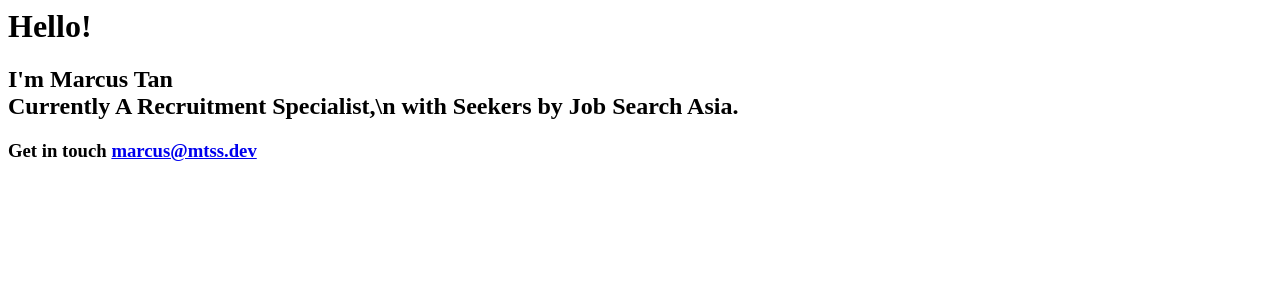
Repository: marcustanx/marcustanx.github.io
Page: _includes/intro.html
These files come from the project's save history. The page is drawn as it stood at one moment and after the next save; the edit follows.
The browser window is 1280 px wide. The pictures show the whole page.

Above is the page before, as saved 2020-07-11 14:49:56.

After the next save:
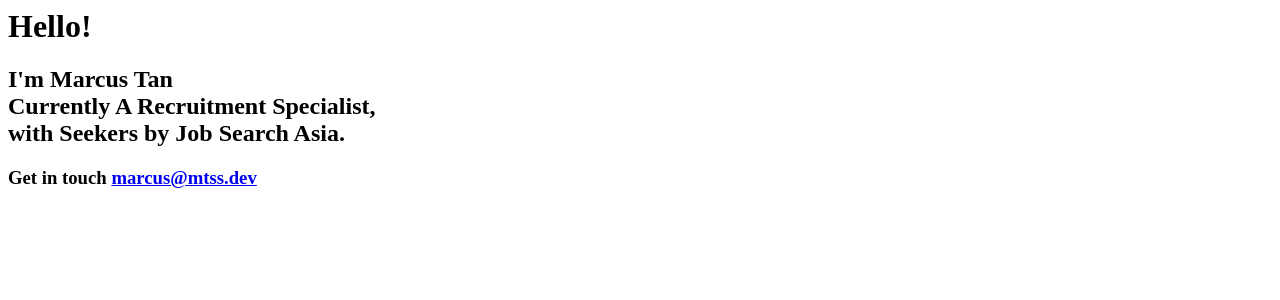
Saved 89 s later.
--- a/_includes/intro.html
+++ b/_includes/intro.html
@@ -5,7 +5,8 @@
 
   <h2 class="intro__tagline">I'm
     <span class="name">Marcus Tan</span><br>
-    Currently A Recruitment Specialist,\n with Seekers by Job Search Asia.
+    Currently A Recruitment Specialist,<br>
+    with Seekers by Job Search Asia.
     <span class="emoji technologist"></span>
   </h2>
 
